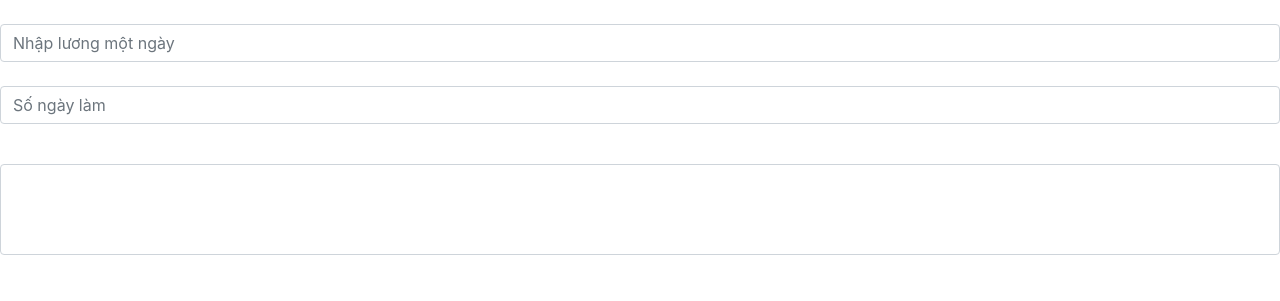
Repository: thanhfrankie/BC10-LeMinhThanh-Js-b2-3
Page: index.html
These files come from the project's save history. The page is drawn as it stood at one moment and after a run of saves; the edit follows.
The browser window is 1280 px wide. The pictures show the whole page.

Above is the page before, as saved 2023-12-15 09:59:54.

After the next 5 saves:
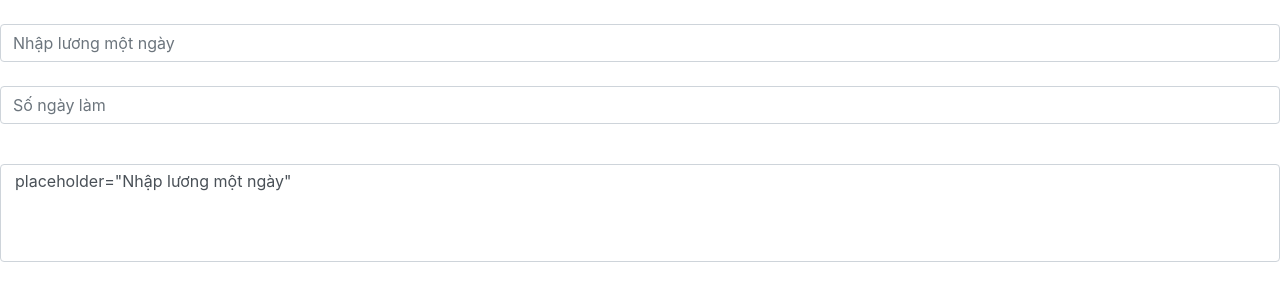
The 5 saves are shown as one change because they came seconds apart.
The last was saved 31 s later.
--- a/index.html
+++ b/index.html
@@ -21,8 +21,8 @@
 
 <div class="form-group">
   <label for=""></label>
-  <select multiple class="form-control" name="" id="" placeholder="Nhập lương một ngày">
-    <option></option>
+  <select multiple class="form-control" name="" id="" >
+    <option>placeholder="Nhập lương một ngày"</option>
     <option></option>
     <option></option>
   </select>
